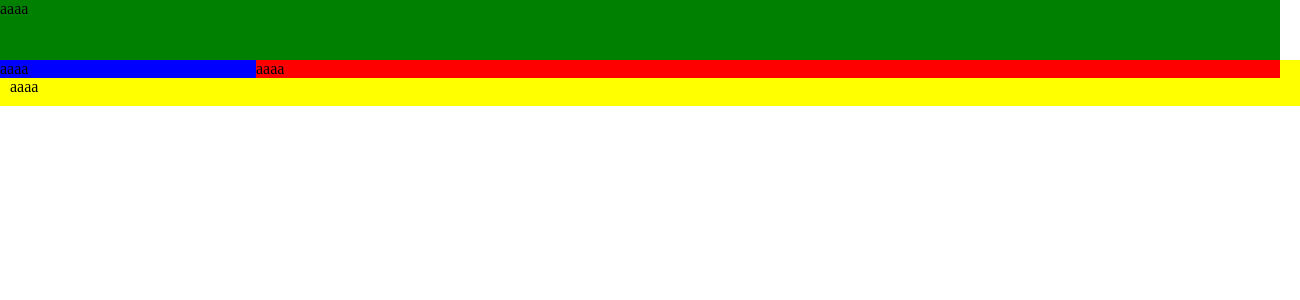
Repository: pleanoma/TooDoo
Page: http://localhost/TooDoo/Home.jsp
An editor plug-in stored every save of this project. The page is shown before and after the next save, followed by the edit.
The browser window is 1280 px wide. The page is 1300 px wide, then 1280 px, so the pictures cover 1300 px, including what lies to the right of the window. The pictures show the whole page.
The page is served by Tomcat 9.

Above is the page before, as saved 2013-11-27 07:51:34.

After the next save:
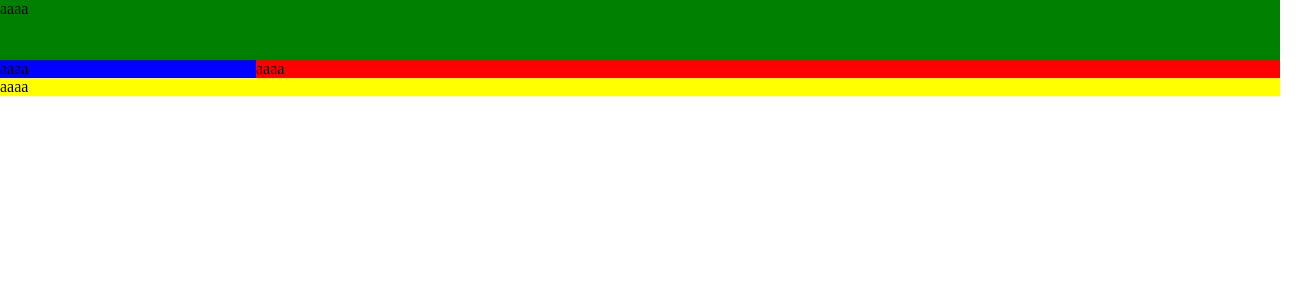
Saved 13 s later.
--- a/TooDoo/WebContent/css/style.css
+++ b/TooDoo/WebContent/css/style.css
@@ -24,7 +24,6 @@ html, body {
 	background: blue;
 }
 #footer {
-	padding: 10px;
 	width: 100%;
 	height: 100%;
 	background: yellow;
